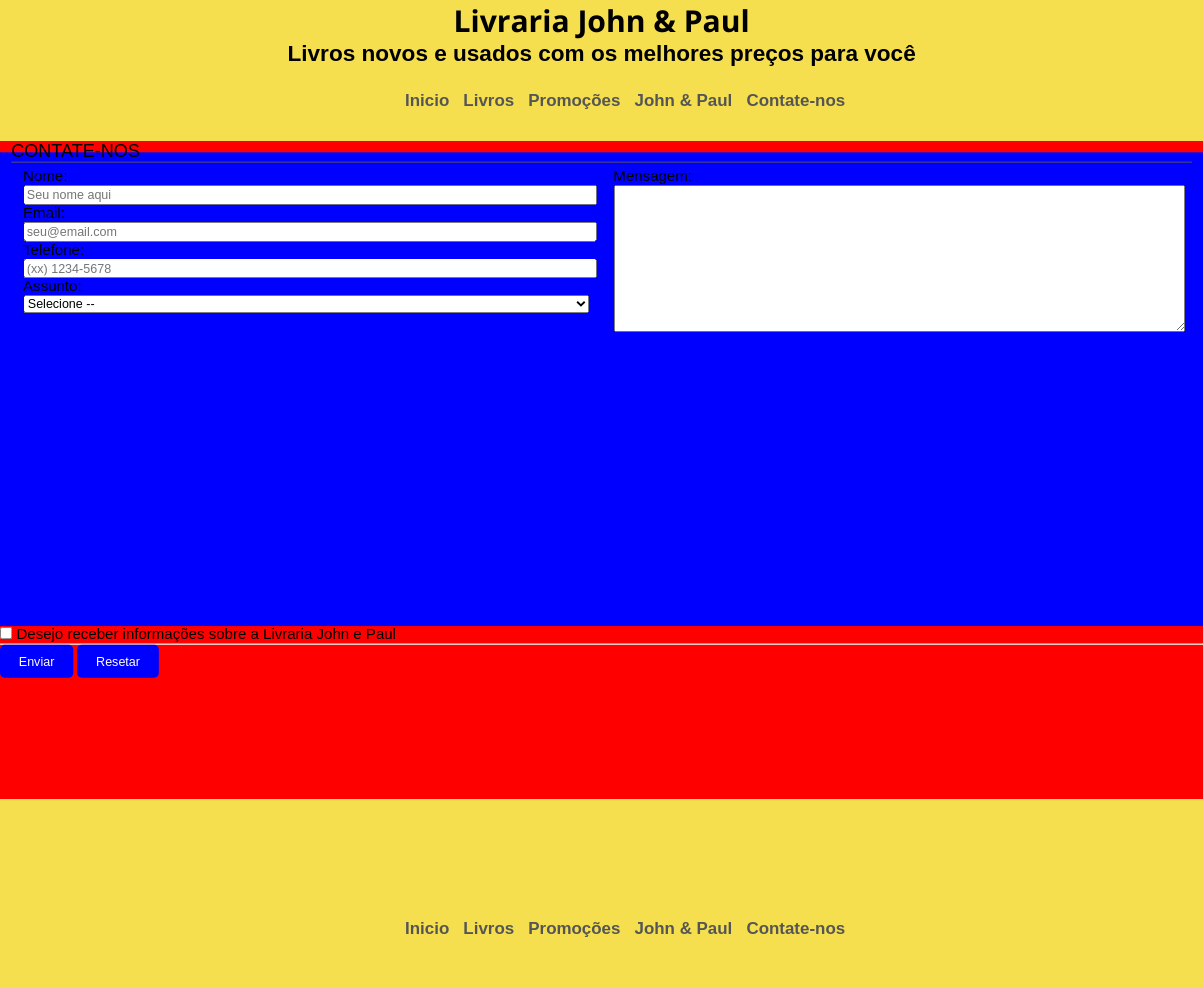
Repository: MarcoantonioCaldeira/Site-livraria-John-e-Paul
Page: contato.html
These files come from the project's save history. The page is drawn as it stood at one moment and after the next save; the edit follows.
The browser window is 1280 px wide. The pictures show the whole page, at 94% of full size.

Above is the page before, as saved 2022-09-25 10:59:30.

After the next save:
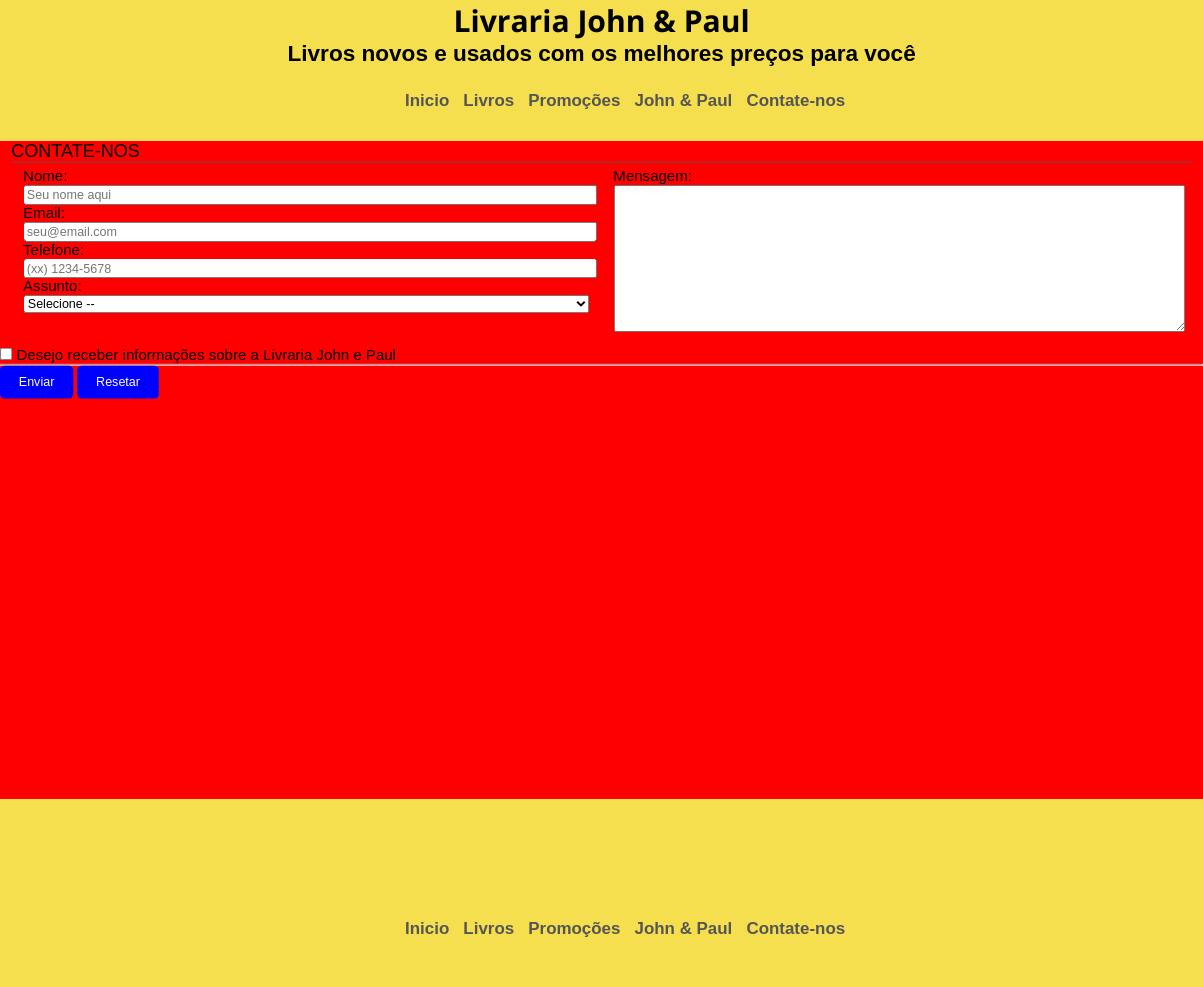
Saved 51 s later.
--- a/contato.html
+++ b/contato.html
@@ -23,8 +23,8 @@
 </nav>
 </header>
 <section class="section-contato">
-   <form>
-      <fieldset class="fieldset">
+   <form class="form">
+      <fieldset>
          <legend>Contate-nos</legend>
          <div>
             <label for="nome">Nome:</label>
